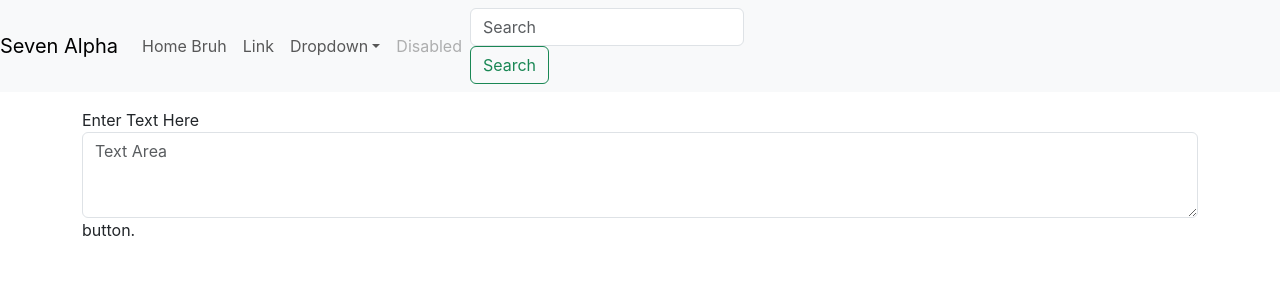
Repository: Shubham-tawar/Text-editor
Page: /
An editor plug-in stored every save of this project. The page is shown before and after the next save, followed by the edit.
The browser window is 1280 px wide. The pictures show the whole page.
The project was rebuilt for these pictures with package versions that can differ from the ones it lists, and the page was loaded fresh each time. Also part of the build but not shown: src/App.css.

Above is the page before, as saved 2025-07-05 16:57:04.

After the next save:
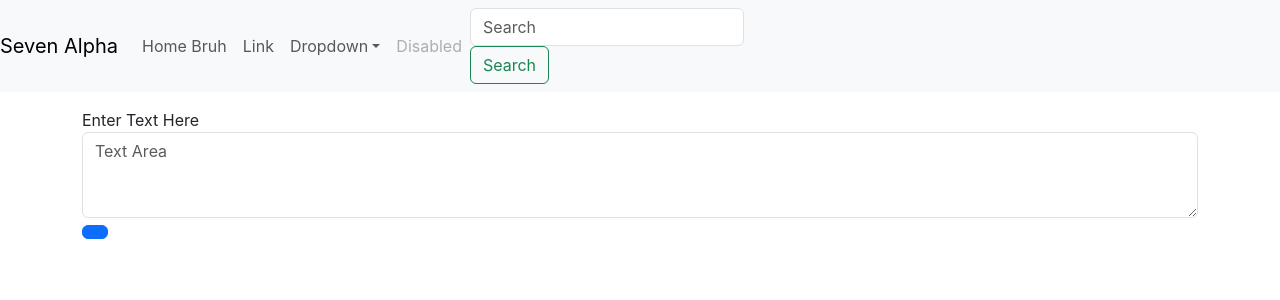
Saved 5 s later.
--- a/src/components/Textform.js
+++ b/src/components/Textform.js
@@ -8,7 +8,7 @@ export default function Textform(props) {
         <div class="form-group">
             <label for="exampleFormControlTextarea1">{props.heading}</label>
             <textarea class="form-control" id="exampleFormControlTextarea1" rows="3" placeholder='Text Area'></textarea>
-            button.
+            <button className="btn btn-primary"></button>
         </div>
     </form>
   )
